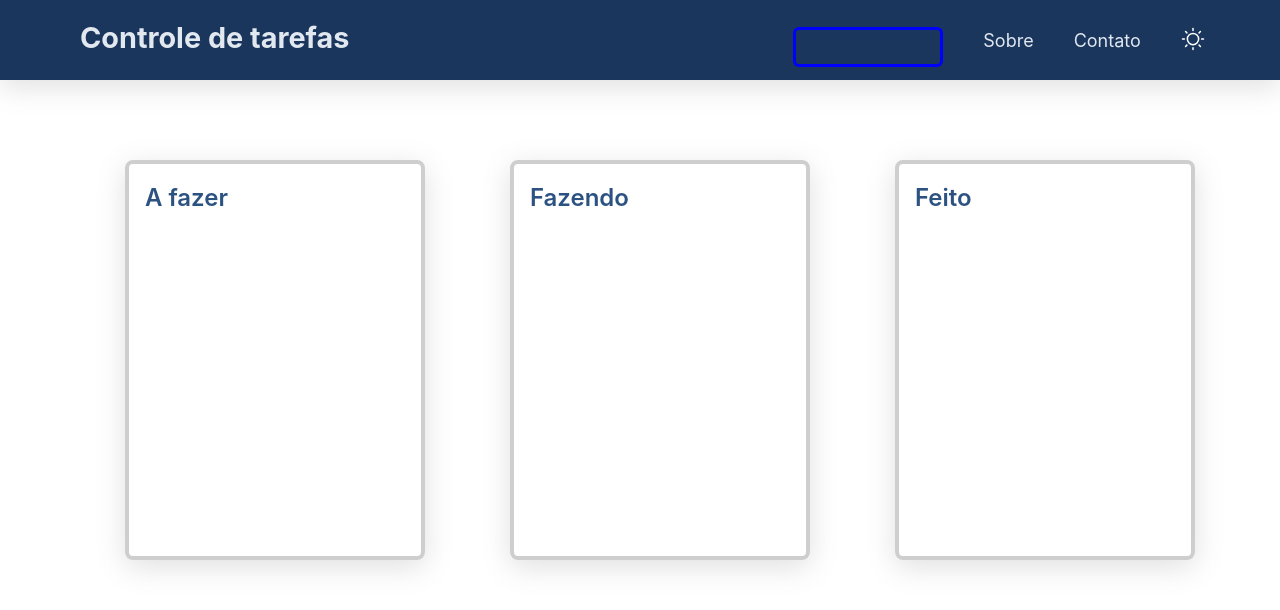
Repository: leosulzbach/Hackaton-Relampago
Page: /home (app in Front/)
These files come from the project's save history. The page is drawn as it stood at one moment and after the next save; the edit follows.
The browser window is 1280 px wide. The pictures show the whole page.
The page's requests for data from a server got no answer. The project was rebuilt for these pictures with package versions that can differ from the ones it lists, and the page was loaded fresh each time. No one was signed in, and anything a server would have sent is missing. Also part of the build but not shown: Front/vite.config.ts.

Above is the page before, as saved 2022-11-07 16:12:33.

After the next save:
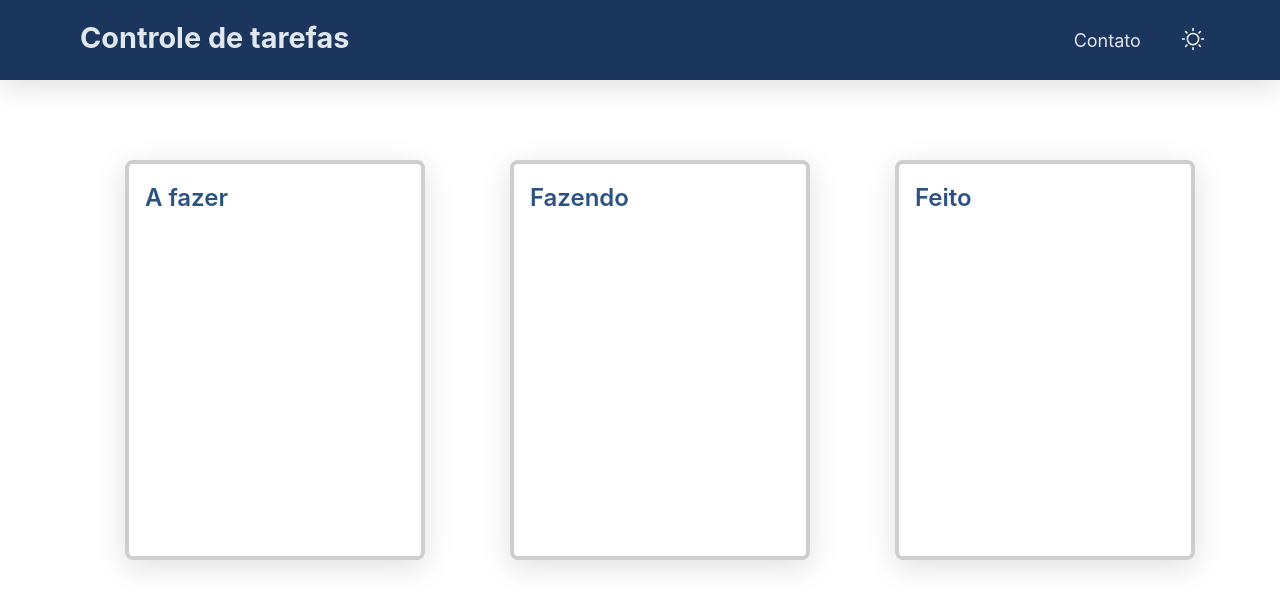
Saved 10 s later.
--- a/Front/src/Components/Header.tsx
+++ b/Front/src/Components/Header.tsx
@@ -37,12 +37,12 @@ export const Header = () => {
                 justify="flex-end"
                 gap={10}
             >
-                <Input
-                    border={"3px solid blue"}
+                {/* <Input
+                    border={"2px solid #3182CE"}
                     type={"text"}
                     w={"150px"}
                     h={"40px"}
-                    color="#cecece" />
+                    color="#cecece" /> */}
                 <Link
 
                     href="/sobre"
@@ -52,7 +52,7 @@ export const Header = () => {
                         borderBottom: '4px solid  blue', transition: 'all 0.3s ease-out', transform: 'translate(-11px, 0px)'
                     }}
                 >
-                    Sobre
+
                 </Link>
                 <Link
                     href="/contato"
